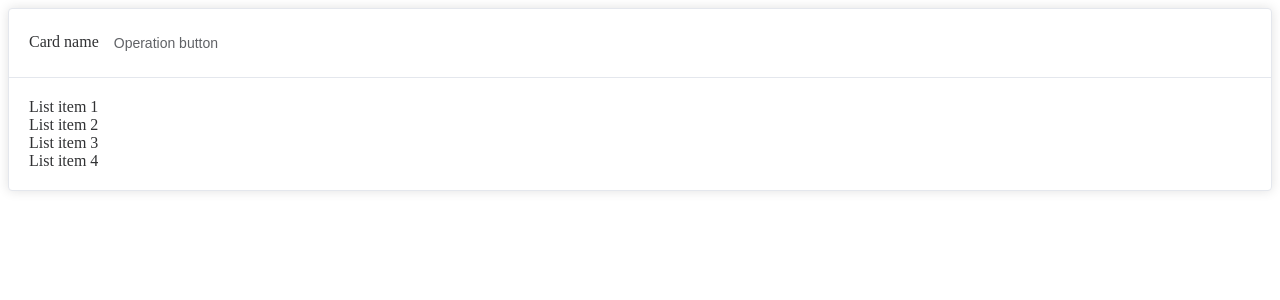
Repository: qs991/Elephant
Page: / (app in WebSocketApI/Web/websocketroom/)
The author's editor kept a copy of each file at every save. The page is drawn from the files as they stood at one save, then again after the next save.
The browser window is 1280 px wide. The pictures show the whole page.
The project was rebuilt for these pictures with package versions that can differ from the ones it lists, and the page was loaded fresh each time. Also part of the build but not shown: WebSocketApI/Web/websocketroom/vite.config.js.

Above is the page before, as saved 2023-08-25 13:49:03.

After the next save:
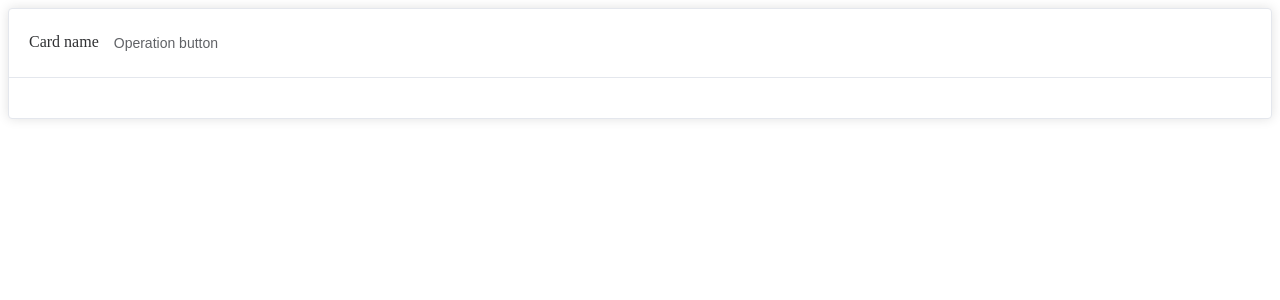
Saved 9 s later.
--- a/WebSocketApI/Web/websocketroom/src/App.vue
+++ b/WebSocketApI/Web/websocketroom/src/App.vue
@@ -7,9 +7,6 @@
           <el-button class="button" text>Operation button</el-button>
         </div>
       </template>
-      <div v-for="o in 4" :key="o" class="text item">
-        {{ "List item " + o }}
-      </div>
     </el-card>
   </div>
 </template>
